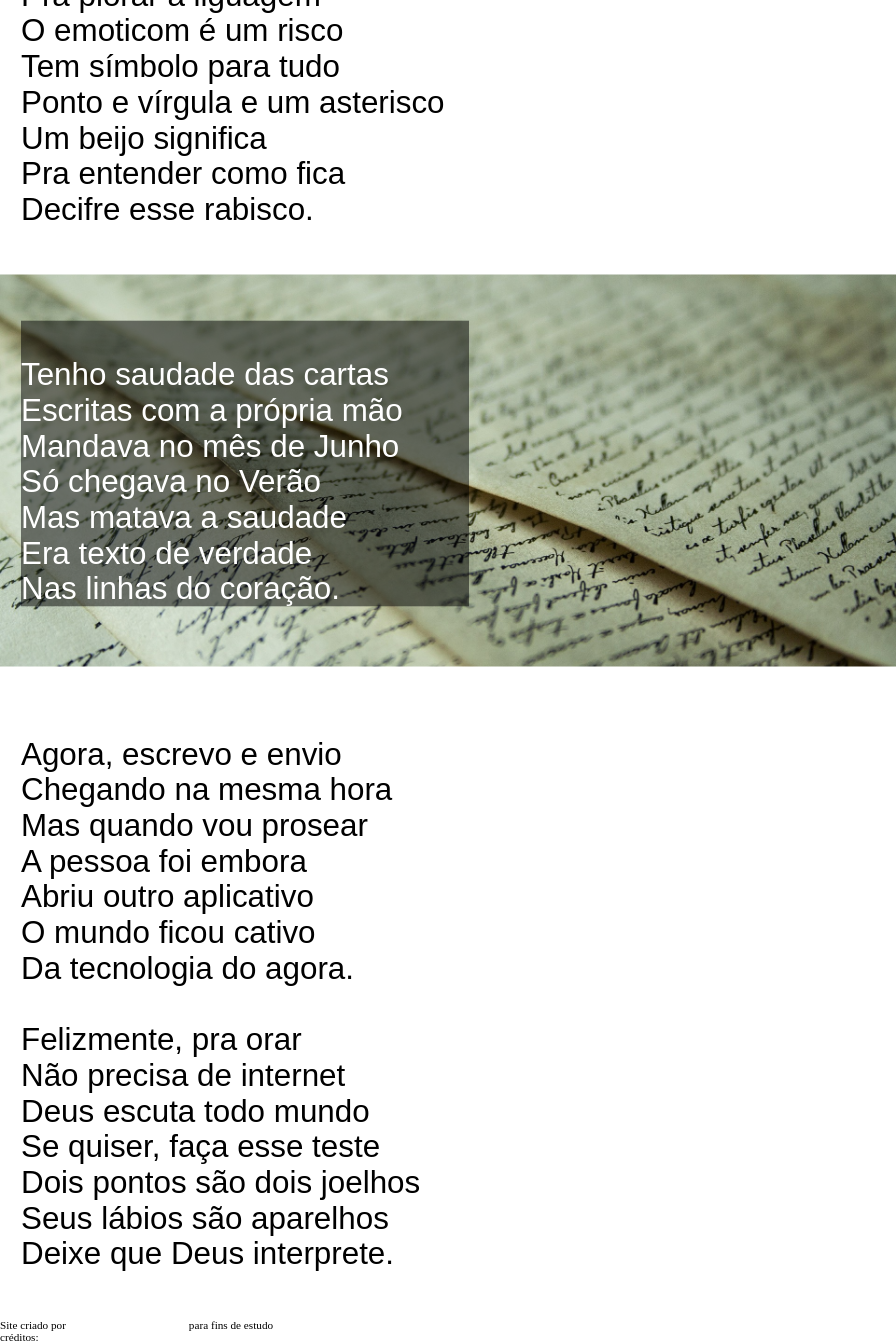
Repository: jorgprado/curso-html-css-Guanabara
Page: exec-pag-cordel/index.html
These files come from the project's save history. The page is drawn as it stood at one moment and after a run of saves; the edit follows.
The browser window is 1280 px wide. The pictures show the part of the page from y = 1853 to 3773 px (the page is 3773 px tall), at 70% of full size.
Backgrounds fixed to the window are drawn as part of the page. Some web fonts or font styles are not loaded; a fallback is used.

Above is the page before, as saved 2023-05-18 17:02:49.

After the next 4 saves:
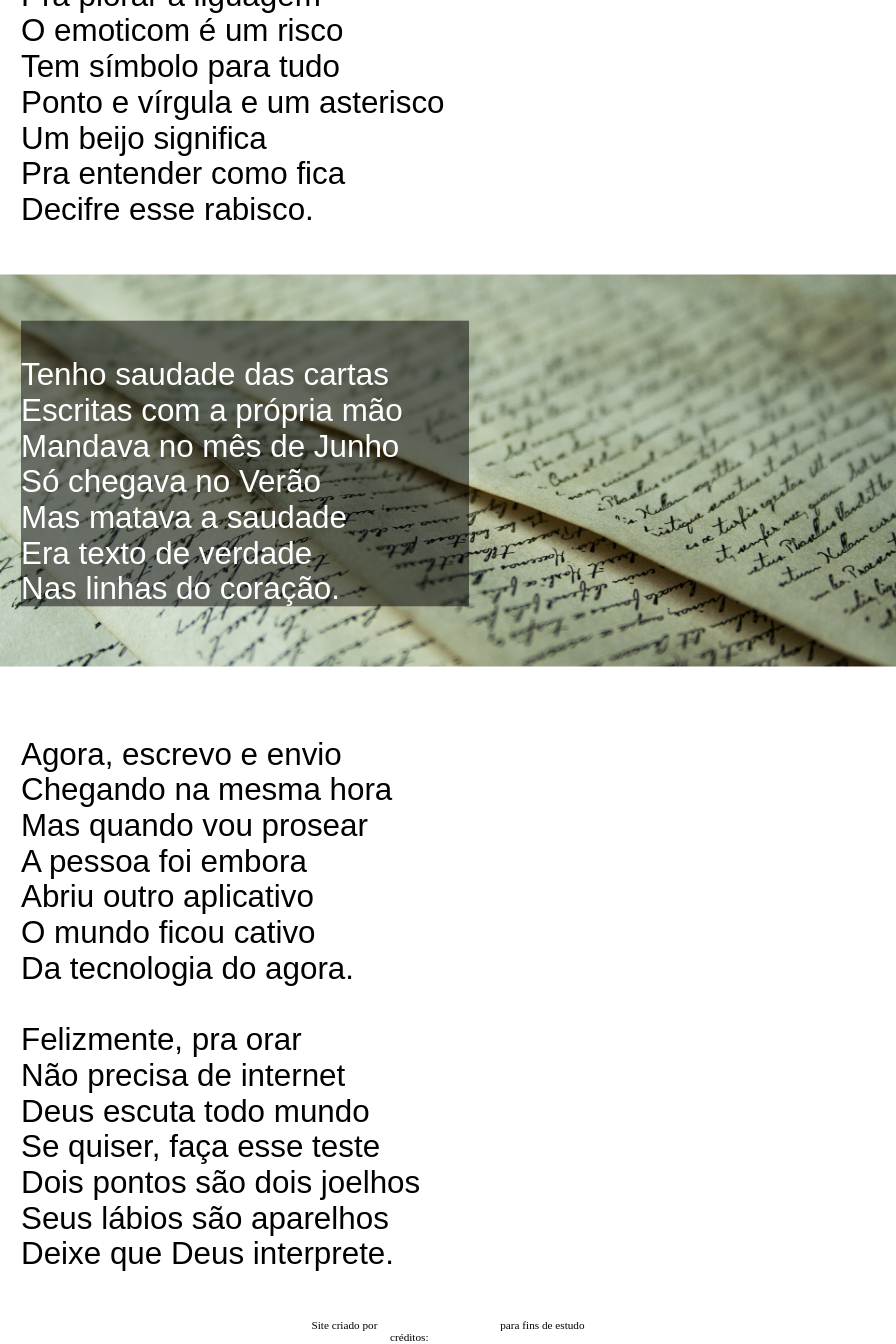
The 4 saves are shown as one change because they came seconds apart.
The last was saved 15 s later.
--- a/exec-pag-cordel/estilos/style.css
+++ b/exec-pag-cordel/estilos/style.css
@@ -70,5 +70,6 @@ main article .bg{
 }
 
 footer{
-
+    text-align: center;
+    background-color
 }
